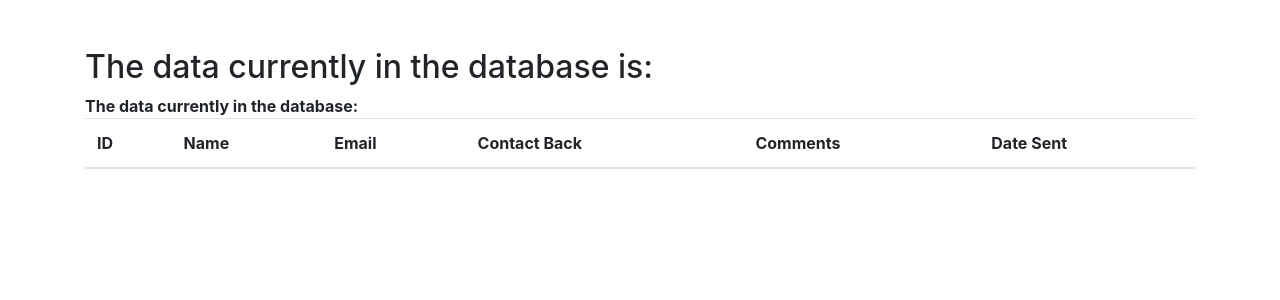
Repository: MarianCurtis/PHP-week3
Page: http://localhost/week6/lesson14.php
The author's editor kept a copy of each file at every save. The page is drawn from the files as they stood at one save, then again after the next save.
The browser window is 1280 px wide. The pictures show the whole page.
Some web libraries are served in a nearby version. The page is run by PHP 8.4 with error messages shown; the project is at /var/www/html/. Queries for data that is not in the repository find no rows.

Above is the page before, as saved 2023-03-19 16:40:13.

### week6/lesson14.php
<?php
    $hostname = "php-mysql-exercisedb.slccwebdev.com";
    $username = "phpmysqlexercise";
    $password = "mysqlexercise";
    $databasename = "php_mysql_exercisedb";

    try {
        //Create new PDO Object with connection parameters
        $conn = new PDO("mysql:host=$hostname;dbname=$databasename",$username, $password);

        //Set PDO error mode to exception
        $conn->setAttribute(PDO::ATTR_ERRMODE, PDO::ERRMODE_EXCEPTION);

        //Variable containing SQL command
        $sql = "SELECT * FROM mc_sp23_Contacts;";

        //Prepare SQL statement on server
        $stmt = $conn->prepare($sql);

        $stmt->execute();
        //Execute SQL statement on server
        $return = $conn->query($sql);




    } catch (PDOException $error) {

        //Return error code if one is created
        echo "Execution error: <br>" . $sql . "<br>" . $error->getMessage();
    }

    $conn = null;
?>

<!DOCTYPE html>
<html lang="en">
  <head>
    <meta charset="UTF-8">
    <meta http-equiv="X-UA-Compatible" content="IE-edge">
    <meta name="viewpoint" content="width=device-width, initial-scale=1.0">
    <!-- Adding Boostrap -->
    <link rel="stylesheet" href="https://stackpath.bootstrapcdn.com/bootstrap/4.5.0/css/bootstrap.min.css" integrity="sha384-9aIt2nRpC12Uk9gS9baDl411NQApFmC26EwAOH8WgZl5MYYxFfc+NcPb1dKGj7Sk" crossorigin="anonymous" />

    <!-- JavaScript Bundle with Popper -->
    <script src="https://cdn.jsdelivr.net/npm/bootstrap@5.2.3/dist/js/bootstrap.bundle.min.js"
    integrity="sha384-kenU1KFdBIe4zVF0s0G1M5b4hcpxyD9F7jL+jjXkk+Q2h455rYXK/7HAuoJl+0I4"
    crossorigin="anonymous"></script>
    <script src="https://code.jquery.com/jquery-3.5.1.slim.min.js"></script>
    <script src="https://cdn.jsdelivr.net/npm/popper.js@1.16.0/dist/umd/popper.min.js"></script>

    <!--DataTable JavaScript Libraries-->
    <script src="https://cdn.datatables.net/1.10.23/js/jquery.dataTables.min.js"></script>
    <script src="https://cdn.datatables.net/1.10.23/js/dataTables.bootstrap4.min.js"></script>

    <!-- Enable DataTable Pagination-->
    <script>
        $(document).ready(function() {
            $('#dataTable').DataTable();
        } );
    </script>

    <title>Data Table</title>
   </head>
   <body>
    <!-- Table Section-->
    <section id="table">
      <div class="container my-5">
        <div class="row">
          <div class="col">
            <h2>The data currently in the database is:</h2>

            <!--Table-->
            <table class="table" od="dataTable">
              <thead>
                <tr>
                  <th scope="col">ID</th>
                  <th scope="col">Name</th>
                  <th scope="col">Email</th>
                  <th scope="col">Contact Back</th>
                  <th scope="col">Comments</th>
                  <th scope="col">Date Sent</th>
                </tr>
              </thead>
              <tbody>
                <?php
                 //Print returned data to the screen
                  echo "<b>The data currently in the database: </b><br>\n";
                  foreach ($stmt->fetchAll() as $row) {
                  echo "<tr>";
                  echo "<td>" . $row['contactID'] . "</td>";
                  echo "<td>" . $row['name'] . "</td>";
                  echo "<td>" . $row['email'] . "</td>";
                  echo "<td>" . $row['contactBack'] . "</td>";
                  echo "<td>" . $row['comments'] . "</td>";
                  echo "<td>" . $row['dateSent'] . "</td>";
                  echo "<tr>";
                }
                ?>
              </tbody>

            </table>
          </div>
        </div>
      </div>
    </section>
   </body>
</html>

After the next save:
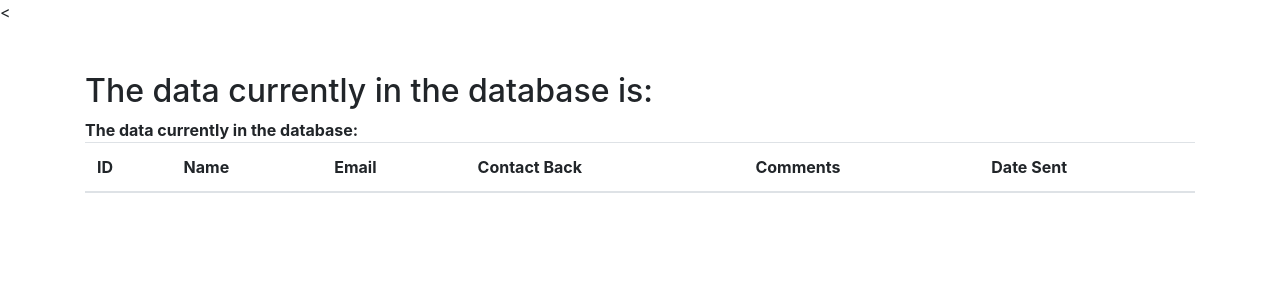
Saved 32 s later.
--- a/week6/lesson14.php
+++ b/week6/lesson14.php
@@ -43,11 +43,10 @@
     <link rel="stylesheet" href="https://stackpath.bootstrapcdn.com/bootstrap/4.5.0/css/bootstrap.min.css" integrity="sha384-9aIt2nRpC12Uk9gS9baDl411NQApFmC26EwAOH8WgZl5MYYxFfc+NcPb1dKGj7Sk" crossorigin="anonymous" />
 
     <!-- JavaScript Bundle with Popper -->
-    <script src="https://cdn.jsdelivr.net/npm/bootstrap@5.2.3/dist/js/bootstrap.bundle.min.js"
-    integrity="sha384-kenU1KFdBIe4zVF0s0G1M5b4hcpxyD9F7jL+jjXkk+Q2h455rYXK/7HAuoJl+0I4"
-    crossorigin="anonymous"></script>
-    <script src="https://code.jquery.com/jquery-3.5.1.slim.min.js"></script>
+    <<script src="https://code.jquery.com/jquery-3.5.1.slim.min.js"></>
     <script src="https://cdn.jsdelivr.net/npm/popper.js@1.16.0/dist/umd/popper.min.js"></script>
+    <script src="https://stackpath.bootstrapcdn.com/bootstrap/4.5.0/js/bootstrap.min.js"></script>
+
 
     <!--DataTable JavaScript Libraries-->
     <script src="https://cdn.datatables.net/1.10.23/js/jquery.dataTables.min.js"></script>
